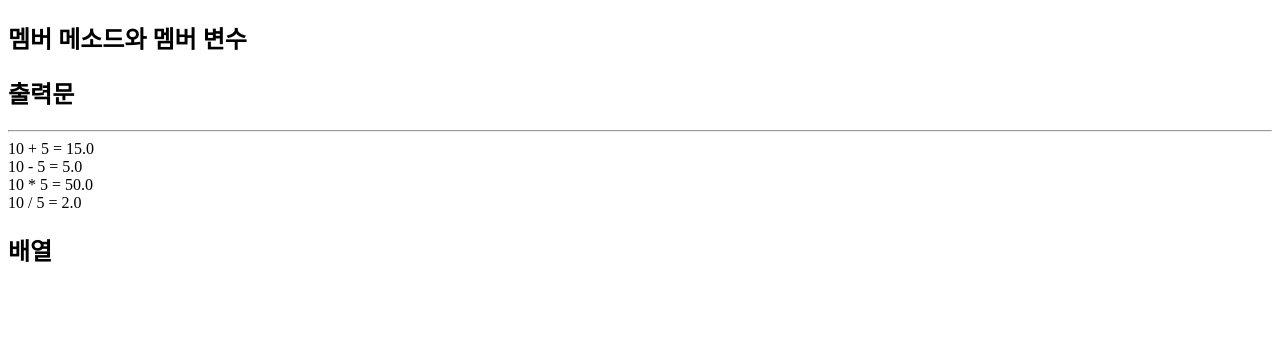
Repository: kkj68106810-dot/jsp2026
Page: http://localhost/chapter01/test04.jsp
These files come from the project's save history. The page is drawn as it stood at one moment and after the next save; the edit follows.
The browser window is 1280 px wide. The pictures show the whole page.
The page is served by Tomcat 9.

Above is the page before, as saved 2026-10-16 03:09:39.

After the next save:
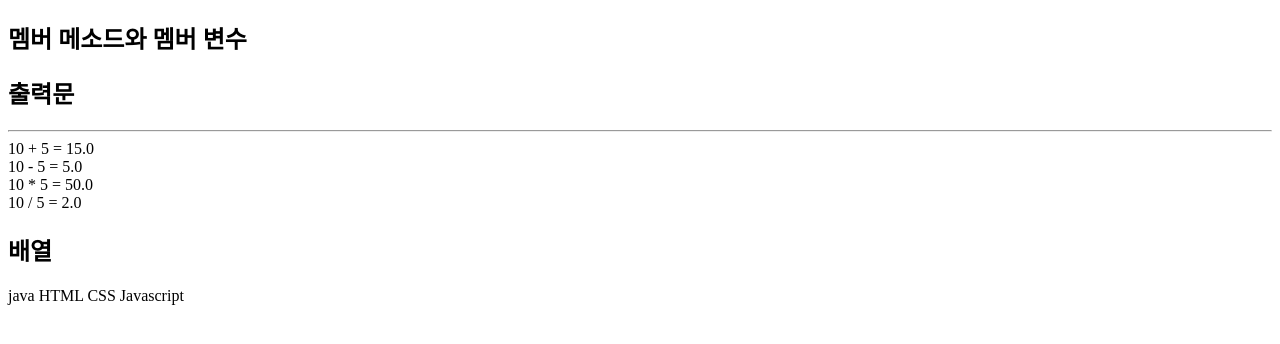
Saved 17 s later.
--- a/chapter01/src/main/webapp/test04.jsp
+++ b/chapter01/src/main/webapp/test04.jsp
@@ -44,7 +44,7 @@
 		String arr[] = {"java","HTML","CSS","Javascript"};
 		for(int j = 0; j < arr.length ; j++) {
 			/* 표현식 스크립트문법을 사용하지 않고 브라우저로 출력하는 방법 */
-
+			out.println(arr[j]);
 		}
 	%>
 
